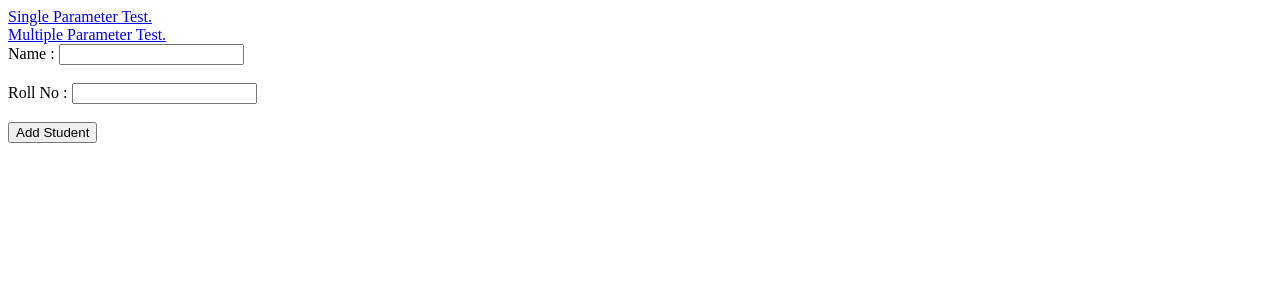
Repository: rpmani/Jersey
Page: http://localhost/RestFullPath/
These files come from the project's save history. The page is drawn as it stood at one moment and after the next save; the edit follows.
The browser window is 1280 px wide. The pictures show the whole page.
The page is served by Tomcat 9.

Above is the page before, as saved 2018-05-16 06:53:05.

After the next save:
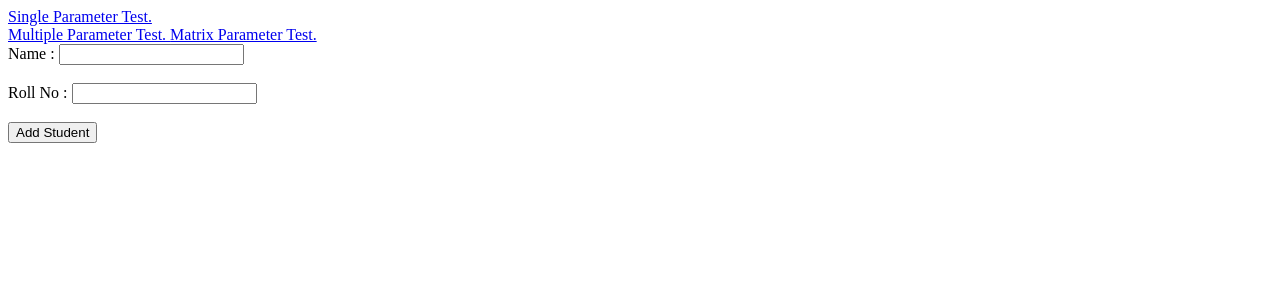
Saved 4 min 44 s later.
--- a/RestFullPath/WebContent/index.jsp
+++ b/RestFullPath/WebContent/index.jsp
@@ -13,6 +13,9 @@
    <a href="restapi/jaxy/Mani/MSC/04">Multiple Parameter Test.
    </a>
 
+    <a href="restapi/jaxy;name=adhi;class=10 th standard;rollNo=1st;id=003">Matrix Parameter Test.
+  <!-- <a href="rest/jax/adhi;class=12th">Matrix Parameter Test. -->
+   </a>
     <form action="rest/jax/add" method="post">
 	Name : <input type="text" name="name" />
 	<br/><br/>
